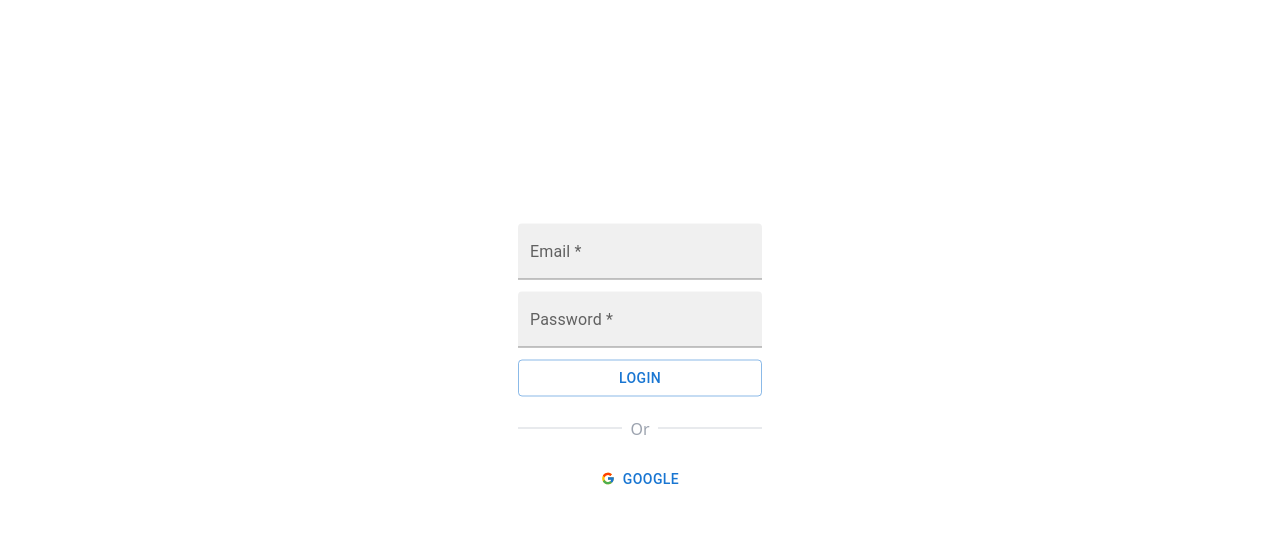
Repository: satya-ranjon/Instagram-clone-dev
Page: /login
An editor plug-in stored every save of this project. The page is shown before and after the next save, followed by the edit.
The browser window is 1280 px wide. The pictures show the whole page.
The project was rebuilt for these pictures with package versions that can differ from the ones it lists, and the page was loaded fresh each time. Also part of the build but not shown: src/components/PostDetiels/PostDetielPost.jsx, src/components/PostDetiels/PostDetielsHader.jsx, src/components/PostDetiels/SingleComment.jsx, src/components/PostDetiels/CommentDetiels.jsx, src/components/PostDetiels/Comment.jsx, src/components/PostDetiels/PostDitelsFooter.jsx, src/components/PostDetiels/PostDetielsContainer.jsx, src/components/Expolor/ExpolorPost.jsx and 37 more.

Above is the page before, as saved 2022-04-25 17:17:20.

### public/index.html
<!DOCTYPE html>
<html lang="en">
  <head>
    <meta charset="utf-8" />
    <link rel="icon" href="%PUBLIC_URL%/faveicon.png" />
    <meta name="viewport" content="width=device-width, initial-scale=1" />
    <meta name="theme-color" content="#000000" />
    <meta
      name="description"
      content="Web site created using create-react-app"
    />
    <link rel="apple-touch-icon" href="%PUBLIC_URL%/logo192.png" />
    <!--
      manifest.json provides metadata used when your web app is installed on a
      user's mobile device or desktop. See https://developers.google.com/web/fundamentals/web-app-manifest/
    -->
    <link rel="manifest" href="%PUBLIC_URL%/manifest.json" />
    <!--
      Notice the use of %PUBLIC_URL% in the tags above.
      It will be replaced with the URL of the `public` folder during the build.
      Only files inside the `public` folder can be referenced from the HTML.

      Unlike "/favicon.ico" or "favicon.ico", "%PUBLIC_URL%/favicon.ico" will
      work correctly both with client-side routing and a non-root public URL.
      Learn how to configure a non-root public URL by running `npm run build`.
    -->
    <title>React App</title>
  </head>
  <body>
    <noscript>You need to enable JavaScript to run this app.</noscript>
    <div id="root"></div>
    <!--
      This HTML file is a template.
      If you open it directly in the browser, you will see an empty page.

      You can add webfonts, meta tags, or analytics to this file.
      The build step will place the bundled scripts into the <body> tag.

      To begin the development, run `npm start` or `yarn start`.
      To create a production bundle, use `npm run build` or `yarn build`.
    -->
  </body>
</html>

### src/index.css
@import url("https://fonts.googleapis.com/css2?family=Kaushan+Script&display=swap");

@tailwind base;
@tailwind components;
@tailwind utilities;

@layer components {
  .grid___three {
    @apply grid grid-cols-1 sm:grid-cols-2 md:grid-cols-3 gap-2 lg:gap-4 transition-all duration-300 my-10 font-semibold mx-10  sm:mx-20 lg:mx-32 xl:mx-40;
  }
  .grid___two {
    @apply grid grid-cols-1 sm:grid-cols-2 gap-2 lg:gap-4  my-10 font-semibold mx-10 transition-all duration-300 sm:mx-20 lg:mx-32 xl:mx-40;
  }
  .grid___one {
    @apply grid grid-cols-1  gap-2 lg:gap-4  my-10 font-semibold mx-10 sm:mx-32 md:mx-44 transition-all duration-300 lg:mx-60 xl:mx-60;
  }
  .img__three {
    @apply bg-red-300 w-full h-[18rem] transition-all duration-300 sm:h-[14rem] xl:h-[18rem] 2xl:h-[28rem];
  }
  .img__two {
    @apply bg-red-300 w-full h-[18rem] transition-all duration-300 sm:h-[20rem] lg:h-[24rem] xl:h-[28rem] 2xl:h-[40rem];
  }
  .img__one {
    @apply bg-red-300 w-full h-[18rem] transition-all duration-300 sm:h-[20rem] lg:h-[32rem] xl:h-[40rem] 2xl:h-[52rem];
  }
  .button__btn {
    @apply text-sm bg-neutral-200 transition-all duration-300 hover:bg-neutral-300 my-auto p-1 px-3 rounded-sm font-semibold cursor-pointer;
  }
  .photo__feed {
    @apply grid grid-cols-2 md:grid-cols-3 lg:grid-cols-4 gap-3 sm:max-h-[26rem] h-fit sm:overflow-y-scroll;
  }
  .profile_section {
    @apply w-full px-10 sm:px-0 sm:w-[18rem] md:w-[25rem] lg:w-[38rem] xl:w-[50rem] 2xl:w-[60rem];
  }
  .image__i {
    @apply h-[12rem] sm:h-[10rem] lg:h-[12rem] w-full bg-red-200;
  }
  .video__v {
    @apply h-[20rem] md:h-full w-full bg-red-200 sm:col-span-2 row-span-2;
  }
  .post__detiels_model {
    @apply transition-all duration-300 sm:w-[36rem] lg:w-[60rem] xl:w-[75rem] h-[70rem]  lg:h-[50rem] flex lg:flex-row flex-col justify-between;
  }
}

@layer utilities {
  .text__2xl {
    font-size: 3rem;
  }
}

/* body::-webkit-scrollbar {
  display: none;
} */
.hide_scrollbar::-webkit-scrollbar {
  display: none;
  overflow: hidden;
}

#category {
  overflow: hidden;
}

.hover_show {
  top: -1000%;
  left: 0%;
  transition: all 0.3s;
}
.expolor:hover .hover_show {
  display: block;
  top: 0%;
}

.login__box {
  position: absolute;
  top: 50%;
  left: 50%;
  transform: translate(-50%, -50%);
}

### src/App.js
import { Route, Routes } from "react-router-dom";
import ExpolorContainer from "./components/Expolor/ExpolorContainer";
import HomeContainder from "./components/Home/HomeContainder";
import InboxContainer from "./components/Inbox/InboxContainer";
import Login from "./components/Login";
import PrivateRoutes from "./components/PrivateRoutes";
import ProfileContainer from "./components/Profile/ProfileContainer";

function App() {
  return (
    <>
      <Routes>
        <Route path="/*" element={<PrivateRoutes />}>
          <Route path="" element={<HomeContainder />} />
          <Route path="inbox" element={<InboxContainer />} />
          <Route path="profile" element={<ProfileContainer />} />
          <Route path="expolor" element={<ExpolorContainer />} />
        </Route>
        <Route path="login" element={<Login />} />
      </Routes>
    </>
  );
}

export default App;

### src/components/Login.jsx
import { Button, TextField } from "@mui/material";
import React from "react";
import Box from "@mui/material/Box";
import IconButton from "@mui/material/IconButton";
import Input from "@mui/material/Input";
import FilledInput from "@mui/material/FilledInput";
import OutlinedInput from "@mui/material/OutlinedInput";
import InputLabel from "@mui/material/InputLabel";
import InputAdornment from "@mui/material/InputAdornment";
import FormHelperText from "@mui/material/FormHelperText";
import FormControl from "@mui/material/FormControl";
import Visibility from "@mui/icons-material/Visibility";
import { FcGoogle } from "react-icons/fc";

export default function Login() {
  return (
    <div className=" w-full h-screen">
      <div className="login__box">
        <div className=" space-y-5">
          <form className=" space-y-3">
            <TextField id="filled-basic" label="Email *" variant="filled" />
            <br />
            <TextField id="filled-basic" label="Password *" variant="filled" />
            <br />
            <Button className="w-full" variant="outlined">
              Login
            </Button>
          </form>
          <div className="flex justify-between space-x-2 text-gray-400">
            <div className="w-full h-[1px] bg-gray-300 my-auto"></div>
            <div className="">Or</div>
            <div className="w-full h-[1px] bg-gray-300 my-auto"></div>
          </div>
          <Button
            variant="text"
            className=" w-full flex space-x-2 font-semibold"
          >
            <FcGoogle />
            <p>Google</p>
          </Button>
        </div>
      </div>
    </div>
  );
}

### tailwind.config.js
module.exports = {
  content: ["./src/**/*.{js,jsx,ts,tsx}"],
  theme: {
    extend: {
      screens: {
        "3sm": "380px",
        "2sm": "480px",
        "4sm": "640px",
        "2lg": "1160px",
      },
    },
  },
  plugins: [require("tailwind-scrollbar")],
};

Loaded but not shown: src/index.js (common file)

After the next save:
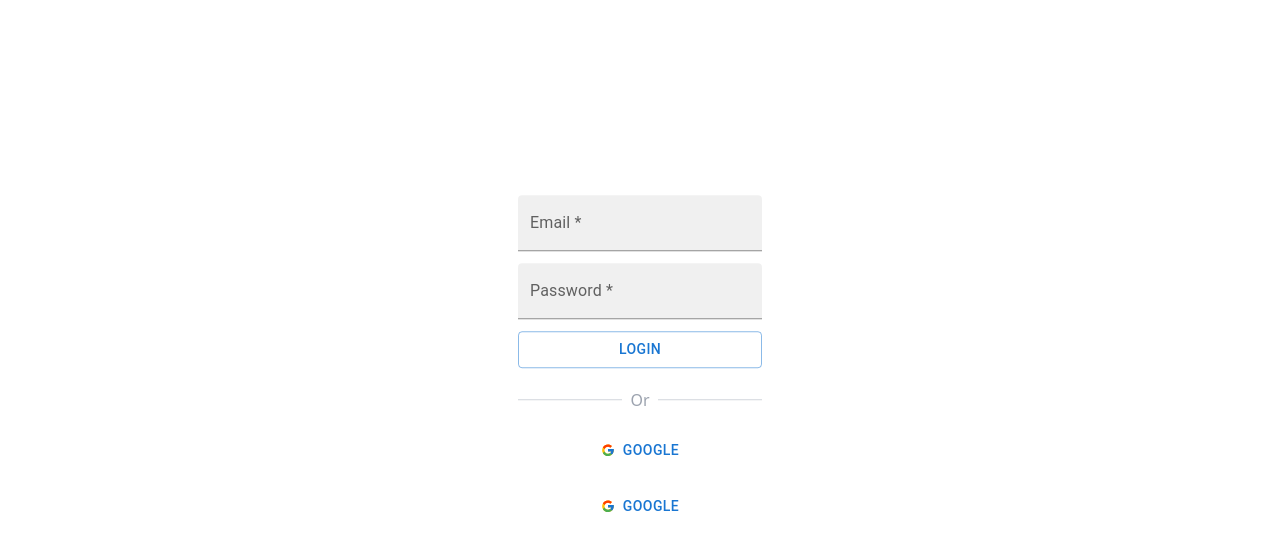
Saved 2 min 39 s later.
--- a/src/components/Login.jsx
+++ b/src/components/Login.jsx
@@ -11,7 +11,7 @@ import FormHelperText from "@mui/material/FormHelperText";
 import FormControl from "@mui/material/FormControl";
 import Visibility from "@mui/icons-material/Visibility";
 import { FcGoogle } from "react-icons/fc";
-
+import facebook from "../Assets/image/facebook.png";
 export default function Login() {
   return (
     <div className=" w-full h-screen">
@@ -38,6 +38,13 @@ export default function Login() {
             <FcGoogle />
             <p>Google</p>
           </Button>
+          <Button
+            variant="text"
+            className=" w-full flex space-x-2 font-semibold"
+          >
+            <FcGoogle />
+            <p>Google</p>
+          </Button>
         </div>
       </div>
     </div>
